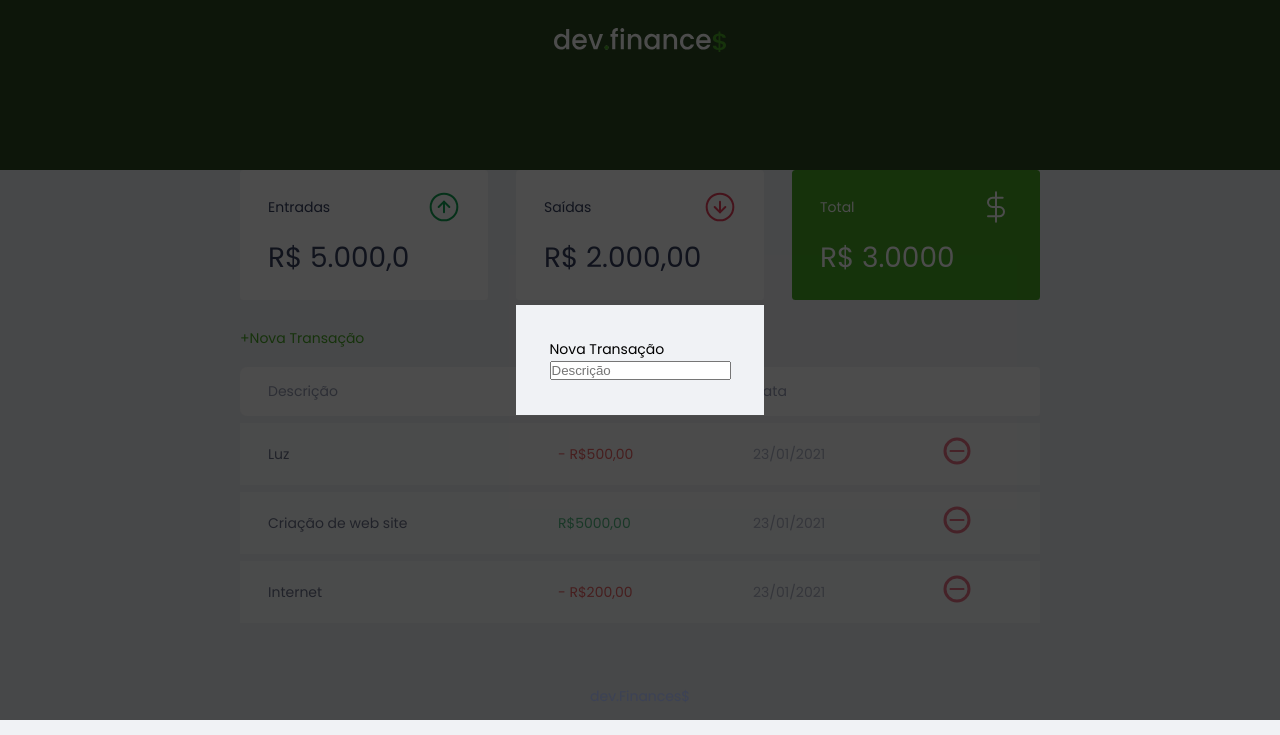
Repository: rafaelmgr12/maratona-dev01
Page: index.html
An editor plug-in stored every save of this project. The page is shown before and after the next save, followed by the edit.
The browser window is 1280 px wide. The pictures show the whole page.

Above is the page before, as saved 2021-04-28 11:29:11.

### index.html
<!DOCTYPE html>
<html lang="pt-br">
  <head>
    <meta charset="UTF-8" />
    <meta http-equiv="X-UA-Compatible" content="IE=edge" />
    <meta name="viewport" content="width=device-width, initial-scale=1.0" />
    <title>Rafael-app.finance$</title>
    <link rel="stylesheet" href="style.css" />
    <link rel="preconnect" href="https://fonts.gstatic.com" />
    <link
      href="https://fonts.googleapis.com/css2?family=Poppins:ital,wght@0,100;0,400;0,700;1,100;1,400;1,700&display=swap"
      rel="stylesheet"
    />
  </head>
  <body>
    <header>
      <img src="./assets/logo.svg" alt="Logo dev.Finance" />
    </header>
    <main class="container">
      <section id="balance">
        <h2 class="sr-only">Balanço</h2>

        <div class="card">
          <h3>
            <span>Entradas </span>
            <img src="./assets/income.svg" alt="Imagem de entradas" />
          </h3>
          <p>R$ 5.000,0</p>
        </div>
        <div class="card">
          <h3>
            <span>Saídas</span>
            <img src="./assets/expense.svg" alt="Image de saídas" />
          </h3>
          <p>R$ 2.000,00</p>
        </div>
        <div class="card total">
          <h3>
            <span>Total</span>
            <img src="./assets/total.svg" alt="Image de total" />
          </h3>
          <p>R$ 3.0000</p>
        </div>
      </section>
      <section id="transaction">
        <h2 class="sr-only">Transações</h2>

        <a href="#" class="button new">+Nova Transação</a>

        <table id="data-table">
          <thead>
            <tr>
              <th>Descrição</th>
              <th>Valor</th>
              <th>Data</th>
              <th></th>
            </tr>
          </thead>
          <tbody>
            <tr>
              <td class="description">Luz</td>
              <td class="expense">- R$500,00</td>
              <td class="date">23/01/2021</td>
              <td><img src="./assets/minus.svg" alt="Retirar Transação" /></td>
            </tr>
            <tr>
              <td class="description">Criação de web site</td>
              <td class="income">R$5000,00</td>
              <td class="date">23/01/2021</td>
              <td><img src="./assets/minus.svg" alt="Retirar Transação" /></td>
            </tr>
            <tr>
              <td class="description">Internet</td>
              <td class="expense">- R$200,00</td>
              <td class="date">23/01/2021</td>
              <td><img src="./assets/minus.svg" alt="Retirar Transação" /></td>
            </tr>
          </tbody>
        </table>
      </section>
    </main>
    <div class="modal-overlay active">
      <div class="modal">
        Nova Transação
        <form action="">
          <div class="input-group">
            <label class="sr-only" for="description"> Descrição </label>
            <input type="text"
                    id = "description"
                    name= "description"
                    placeholder="Descrição"
            />
          </div>
        </form>
      </div>
    </div>
    <footer>dev.Finances$</footer>
  </body>
</html>

### style.css
/* Global ======================================== */
:root {
  --dark-blue: #363f5f;
}
* {
  margin: 0;
  padding: 0;
  box-sizing: border-box;
}

html{
  font-size: 93.75%; /* 15px */
}

body {
  background: #f0f2f5;
  font-family: "Poppins", sans-serif;
}
/*Tricks para sumir elementos da tela, mantendo a funcionalidade de um screenreader*/
.sr-only{
  position: absolute;
  width: 1px;
  height: 1px;
  padding: 0;
  margin: -1px;
  overflow: hidden;
  clip: rect(0,0,0,0);
  white-space: nowrap;
  border-width: 0;

}
.container {
  width: min(90vw, 800px);
  margin: auto;
}
/* Titles ======================================== */
h2 {
  margin-top: 3.2rem;
  margin-bottom: 0.8rem;
  color: var(--dark-blue);

  font-weight: normal;
}
/* Links and Buttons ======================================== */
a{
  color: #49aa26;
  text-decoration: none;
}

a:hover {
  color: #3dd705;
}

.button.new{
  display: inline-block;
  margin-bottom: .8rem;

}


/* Header ======================================== */
header {
  background: #2d4a22;
  padding: 2rem 0 8rem;
  text-align: center;
}

#logo {
  color: #fff;
  font-weight: 100;
}

/* Balance ======================================== */
balance {
  margin-top: -8rem;
}

balance h2 {
  color: white;
  margin-top: 0;
}

/* Cards ======================================== */

.card {
  background : white;
  padding: 1.5rem 2rem;
  border-radius: 0.25rem;

  margin-bottom: 2rem;

  color: var(--dark-blue);
}

.card h3 {
  font-weight: normal;
  font-size: 1rem;
  display : flex;
  align-items: center;
  justify-content: space-between;
}

.card p {
  font-size: 2rem;
  line-height: 3rem;

  margin-top: 1rem;
}

.card.total {
  background: #49aa26;
  color: white;
}
/* Table  ======================================== */
#transaction {
  display: block;
  width: 100%;
  overflow-x: auto;
}
#data-table {

  width: 100%;
  border-spacing: 0 0.5rem;
  color: #969cb3;

  overflow-x: auto; /*Para lidar com transbordamento do container*/
}
table thead tr th:first-child,
table thead tr td:first-child
{
  border-radius: 0.5rem 0 0 0.5rem;
}

table thead tr th:last-child,
table thead tr td:last-child {
  border-radius: 0 0.25rem 0.25rem 0 ;

}

table thead th {
  background: white;

  font-weight: normal;
  padding: 1rem 2rem;
  text-align: left;
}
table tbody tr {
  opacity: 0.7;
}
table tr:hover {
  opacity: 1;
}
table tbody td {
  background: white;
  padding: 1rem 2rem;
}

td.description {
  color: var(--dark-blue);
}

td.income {
  color: #12a454;
}
td.expense {
    color : #e92929;
}
/* Modal ======================================== */
.modal-overlay{
  width: 100%;
  height: 100%;

  background-color: rgb(0,0,0,0.7);
  position: fixed;
  top: 0;

  display:flex;
  align-items: center;
  justify-content: center;

  opacity: 0;
  visibility: hidden
}
.modal-overlay.active {
  opacity: 1;
  visibility : visible;
}
.modal{
  background : #f0f2f5;
  padding : 2.4rem;
  position: relative;
}


/* footer ======================================== */
footer {
  text-align: center;
  padding : 4rem 0 2rem;
  color: var(--dark-blue);

  opacity : 0.6;
}
/* Responsive ======================================== */

@media(min-width: 800px){
  html{
    font-size: 87.5%;

  }
  #balance{
    display: grid;
    grid-template-columns: repeat(3,1fr);
    gap: 2rem;

  }
}

After the next save:
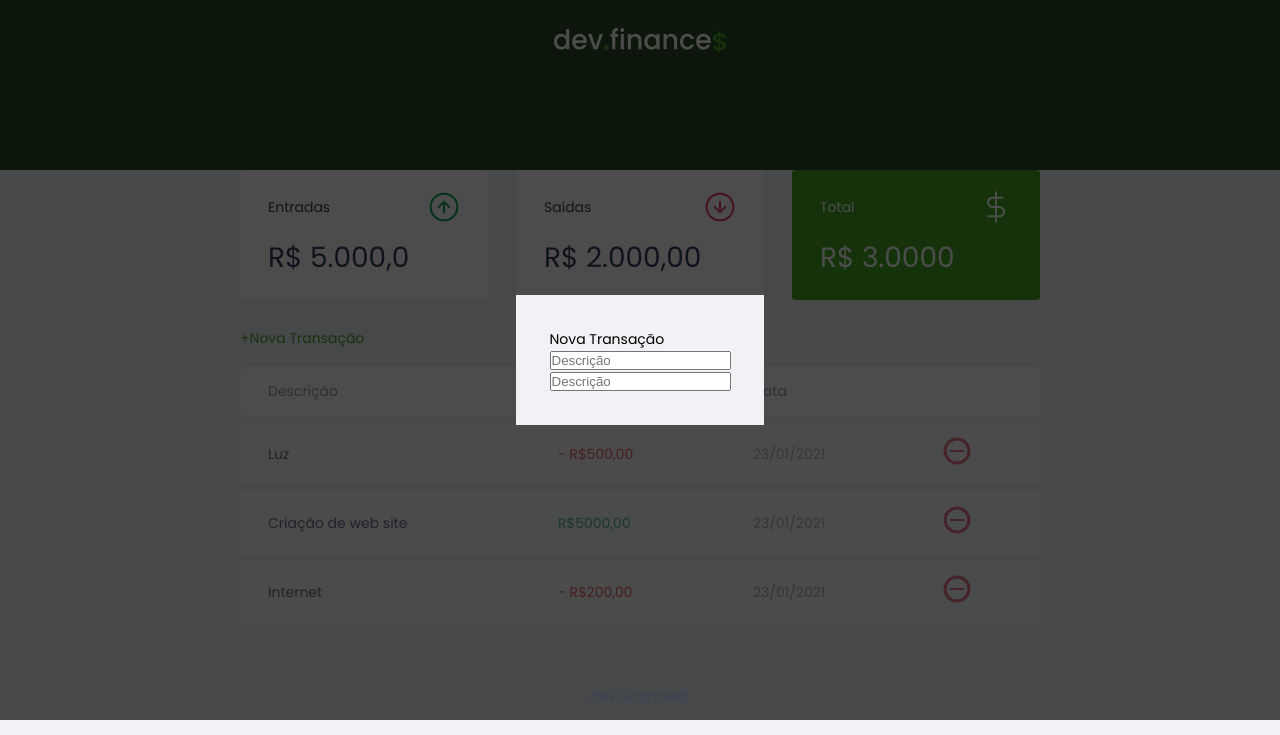
Saved 2 min 32 s later.
--- a/index.html
+++ b/index.html
@@ -91,6 +91,14 @@
                     placeholder="Descrição"
             />
           </div>
+          <div class="input-group">
+            <label class="sr-only" for="amount"> Descrição </label>
+            <input type="number"
+                    id = "amount"
+                    name= "amount"
+                    placeholder="Descrição"
+            />
+          </div>
         </form>
       </div>
     </div>
